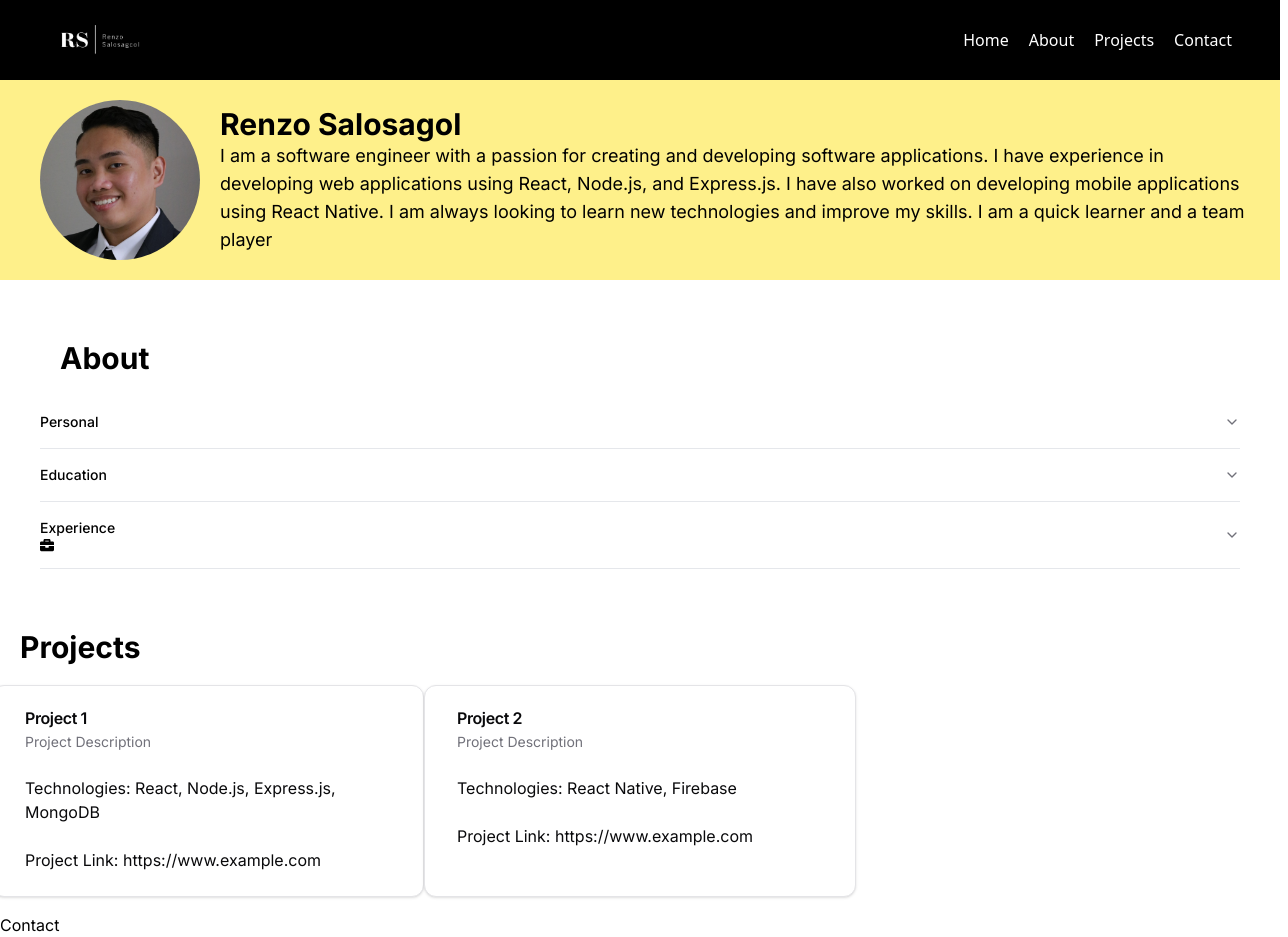
Repository: Renzo-Salosagcol/Portfolio-Website
Page: / (app in resume_website/)
An editor plug-in stored every save of this project. The page is shown before and after the next save, followed by the edit.
The browser window is 1280 px wide. The page is 1288 px wide, so the pictures cover 1288 px, including what lies to the right of the window. The pictures show the whole page.
The project was rebuilt for these pictures with package versions that can differ from the ones it lists, and the page was loaded fresh each time. Also part of the build but not shown: resume_website/vite.config.js.

Above is the page before, as saved 2024-12-11 09:34:30.

After the next save:
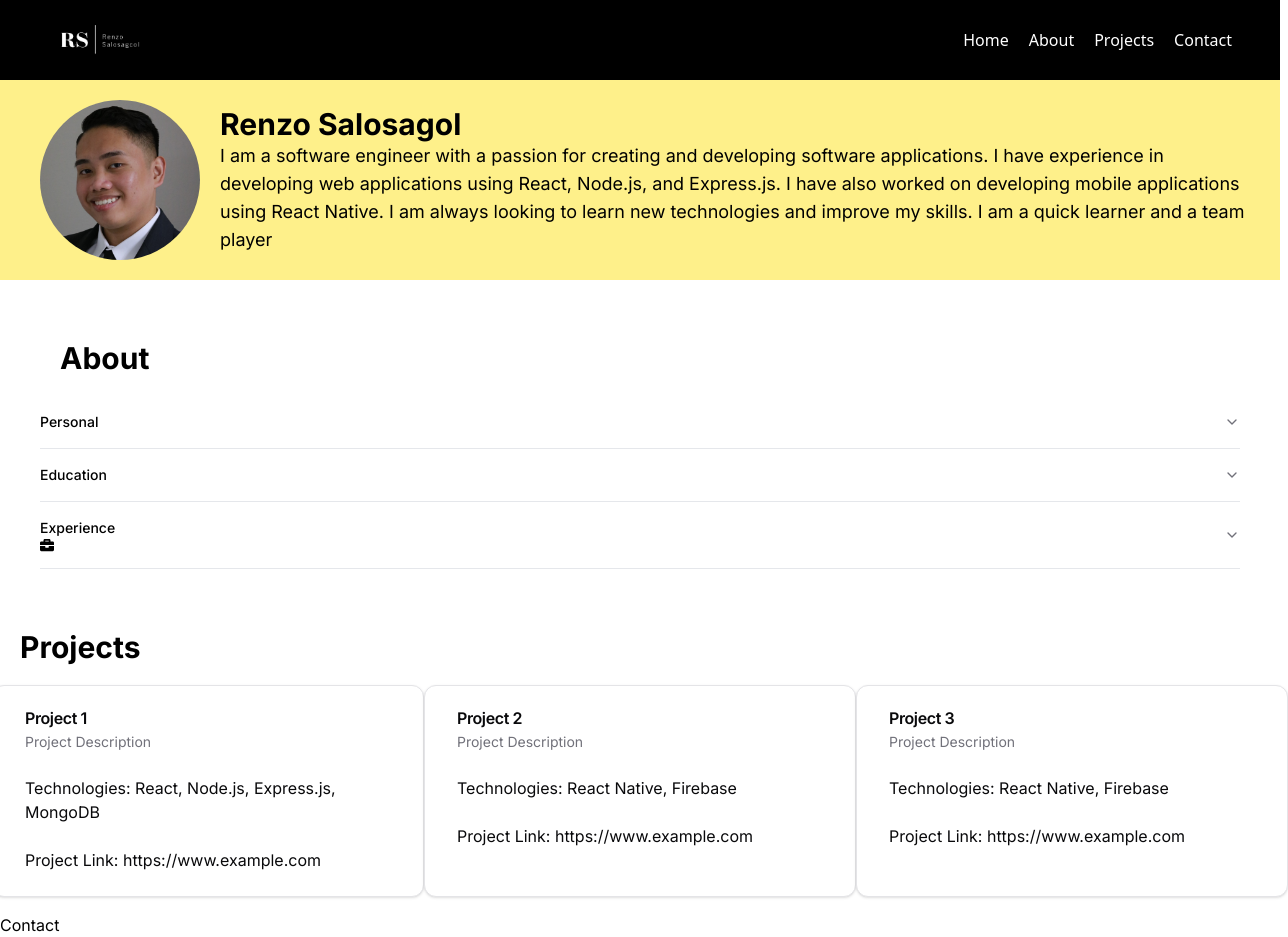
Saved 38 s later.
--- a/resume_website/src/components/projects.jsx
+++ b/resume_website/src/components/projects.jsx
@@ -36,7 +36,18 @@ const Projects = () => {
             <p>Project Link: <a href="https://www.example.com">https://www.example.com</a></p>
           </CardFooter>
         </Card>
-        {/* Add more cards here */}
+        <Card className="mb-4 md:w-1/2 lg:w-1/3 md:px-2">
+          <CardHeader>
+            <CardTitle>Project 3</CardTitle>
+            <CardDescription>Project Description</CardDescription>
+          </CardHeader>
+          <CardContent>
+            <p>Technologies: React Native, Firebase</p>
+          </CardContent>
+          <CardFooter>
+            <p>Project Link: <a href="https://www.example.com">https://www.example.com</a></p>
+          </CardFooter>
+        </Card>
       </div>
     </div>
   );
